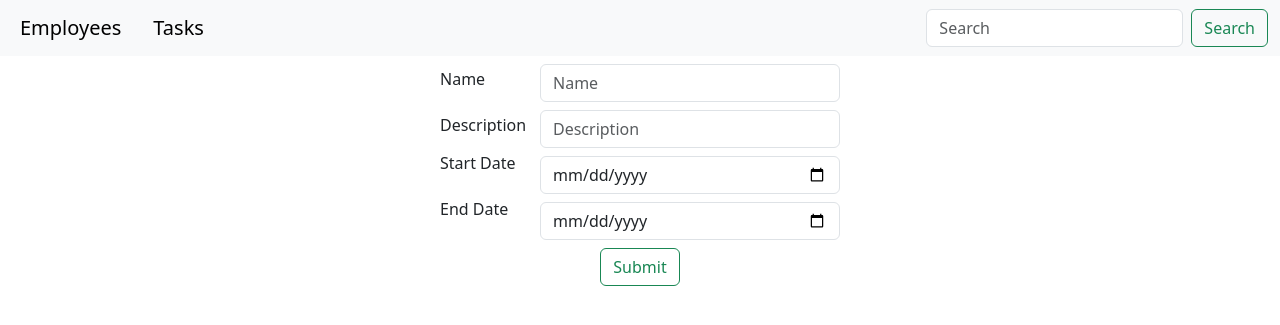
Repository: RaffiBarseghyan/employees
Page: /tasks
These files come from the project's save history. The page is drawn as it stood at one moment and after a run of saves; the edit follows.
The browser window is 1280 px wide. The pictures show the whole page.
The project was rebuilt for these pictures with package versions that can differ from the ones it lists, and the page was loaded fresh each time. Some packages were replaced by stand-ins written for this rebuild. Also part of the build but not shown: src/App.css, src/Pages/Employees/employees.module.scss, src/Pages/UpDel/upDel.module.scss, src/Pages/UpDel/delete.jsx, src/Pages/Employees/employees.jsx, src/Pages/UpDel/update.jsx.

Above is the page before, as saved 2023-06-15 21:41:30.

### src/App.jsx
import "./App.css";
import Header from "./Pages/Header/header";
import { BrowserRouter, Routes, Route } from "react-router-dom";
import "bootstrap/dist/css/bootstrap.css";
import Employees from "./Pages/Employees/employees";
import Tasks from "./Pages/Tasks/tasks";
import Update from "./Pages/UpDel/update";

function App() {
  return (
    <>
      <BrowserRouter>
        <Header />

        <Routes>
          <Route path="/employees" element={<Employees />} />

          <Route path="/tasks" element={<Tasks />} />
          <Route path="/update" element={<Update />} />
        </Routes>
      </BrowserRouter>
    </>
  );
}

export default App;

### src/Pages/Header/header.jsx
import { Link } from "react-router-dom";
import style from "./header.module.scss";

function Header() {
  return (
    <>
      <nav className="navbar navbar-expand-lg bg-body-tertiary">
        <div className="container-fluid">
          <button
            className="navbar-toggler"
            type="button"
            data-bs-toggle="collapse"
            data-bs-target="#navbarSupportedContent"
            aria-controls="navbarSupportedContent"
            aria-expanded="false"
            aria-label="Toggle navigation"
          >
            <span className="navbar-toggler-icon"></span>
          </button>
          <div className="collapse navbar-collapse" id="navbarSupportedContent">
            <ul className="navbar-nav me-auto mb-2 mb-lg-0">
              <li className="nav-item">
                <Link className={`nav-link navbar-brand active ${style.linkStyle}`} to="/employees">
                  Employees
                </Link>
              </li>
              <li className="nav-item">
                <Link
                  className={`nav-link navbar-brand ${style.linkStyle}`}
                  to="/tasks"
                >
                  Tasks
                </Link>
              </li>
            </ul>
            <form className="d-flex" role="search">
              <input
                className="form-control me-2"
                type="search"
                placeholder="Search"
                aria-label="Search"
              />
              <button className="btn btn-outline-success" type="submit">
                Search
              </button>
            </form>
          </div>
        </div>
      </nav>
    </>
  );
}

export default Header;

### src/Pages/Tasks/tasks.jsx
import style from "./tasks.module.scss";

function Tasks() {
  return (
    <>
      <form
        action="https://rocky-temple-83495.herokuapp.com/tasks"
        method="post"
        target="_blank"
        className={`${style.employeeForm} container`}
      >
        <label htmlFor="name">
          Name
          <input
            className="form-control mt-2 "
            type="text"
            id="name"
            name="name"
            placeholder="Name"
          />
        </label>

        <label htmlFor="description">
          Description
          <input
            className="form-control mt-2"
            type="text"
            id="description"
            name="description"
            placeholder="Description"
          />
        </label>

        <label htmlFor="startDate">
          <p>Start Date </p>
          <input
            className="form-control mt-2"
            type="date"
            id="startDate"
            name="startDate"
            placeholder="startDate"
          />
        </label>

        <label htmlFor="endDate">
          <p> End Date</p>
          <input
            className="form-control mt-2"
            type="date"
            id="endDate"
            name="endDate"
            placeholder="endDate"
          />
        </label>

        <input
          className="btn btn-outline-success mt-2"
          type="submit"
          value="Submit"
        />
      </form>
    </>
  );
}

export default Tasks;

### src/Pages/Tasks/tasks.module.scss
.employeeForm{
    width: 500px;
    display: flex;
    flex-direction: column;
    align-items: center;
    >label{
        width: 400px;
        display: flex;
        align-items: center;
        flex-direction: row;
        >input{
            width: 300px;
            margin-left: auto;

        }
    }

}

Loaded but not shown: src/index.js (common file); src/index.css (common file); src/reportWebVitals.js (common file); src/Pages/Header/header.module.scss (no stored copy; drawn as an empty file)

After the next 2 saves:
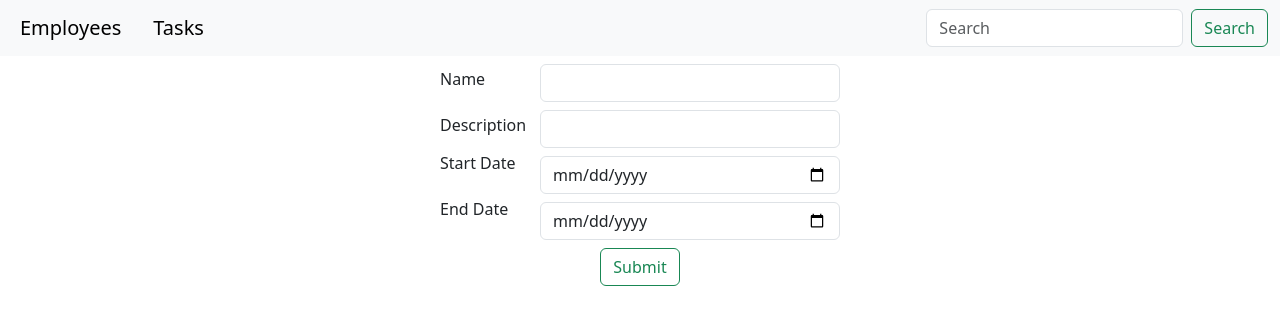
The 2 saves are shown as one change because they came seconds apart.
The last was saved 16 s later.
--- a/src/Pages/Tasks/tasks.jsx
+++ b/src/Pages/Tasks/tasks.jsx
@@ -16,7 +16,6 @@ function Tasks() {
             type="text"
             id="name"
             name="name"
-            placeholder="Name"
           />
         </label>
 
@@ -27,7 +26,6 @@ function Tasks() {
             type="text"
             id="description"
             name="description"
-            placeholder="Description"
           />
         </label>
 
